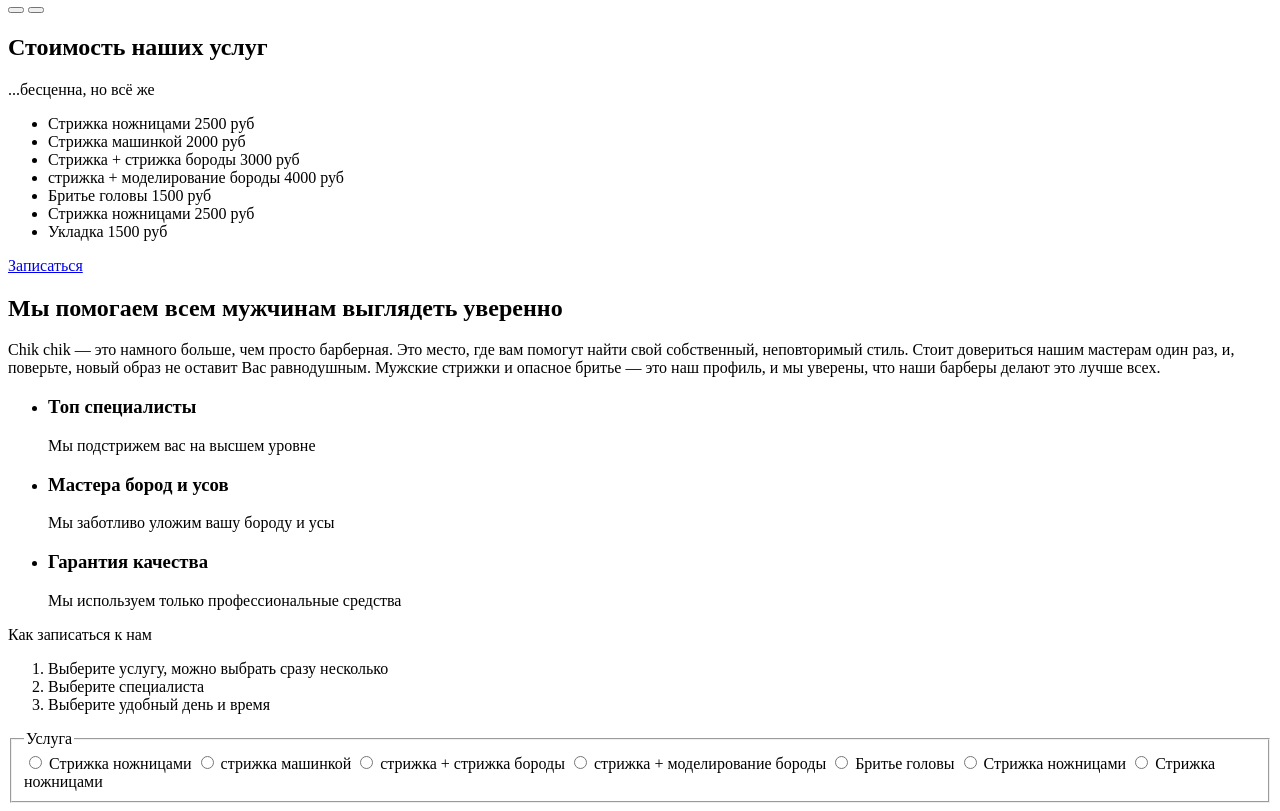
Repository: alexboagreek/chick-chick
Page: index.html
An editor plug-in stored every save of this project. The page is shown before and after the next save, followed by the edit.
The browser window is 1280 px wide. The pictures show the part of the page from y = 3047 to 3858 px (the page is 3858 px tall before and 3840 px after).
A picture or video elsewhere on the page could not be fetched, so the positions and the page height are approximate.

Above is the page before, as saved 2023-01-17 15:26:14.

After the next save:
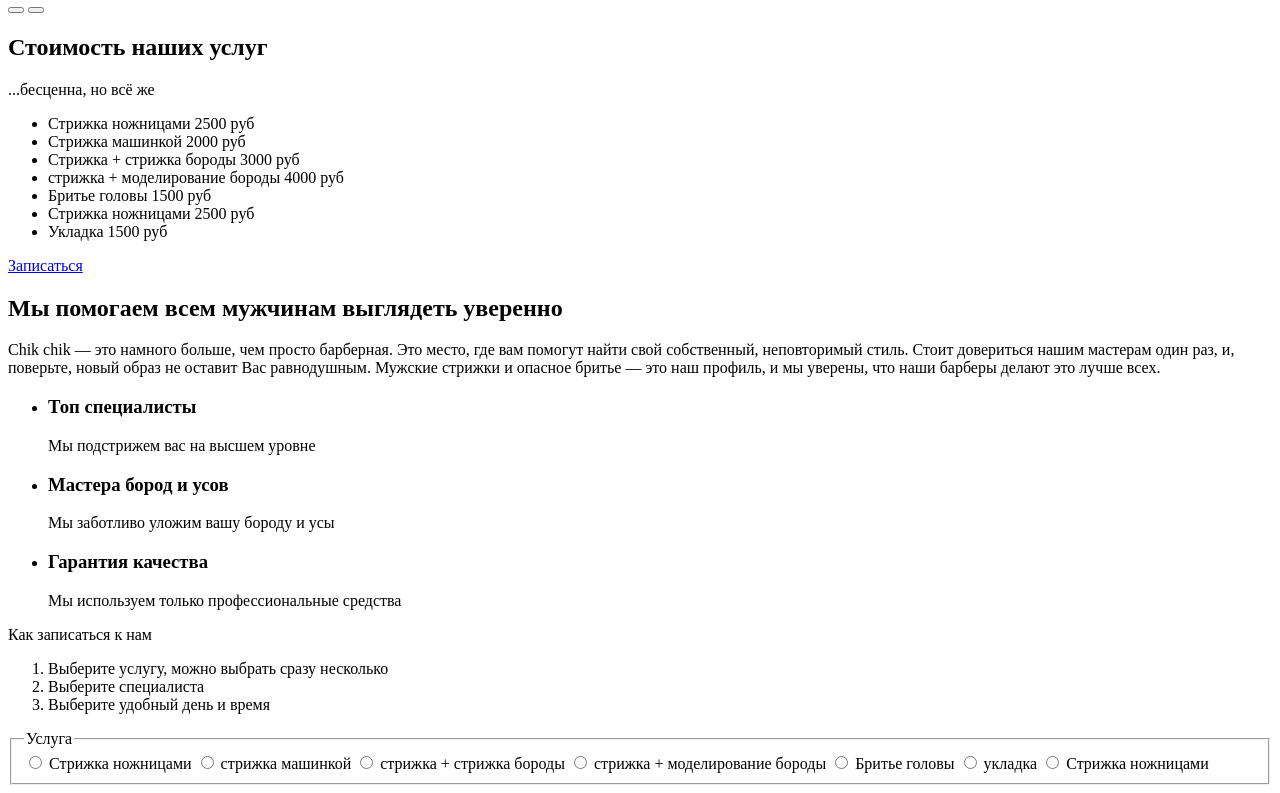
Saved 13 s later.
--- a/index.html
+++ b/index.html
@@ -174,7 +174,7 @@
                         </label>
                         <label class="radio">
                             <input class="radio__input" type="radio" name="service">
-                            <span>Стрижка ножницами</span>
+                            <span>укладка</span>
                         </label>
                         <label class="radio">
                             <input class="radio__input" type="radio" name="service">
